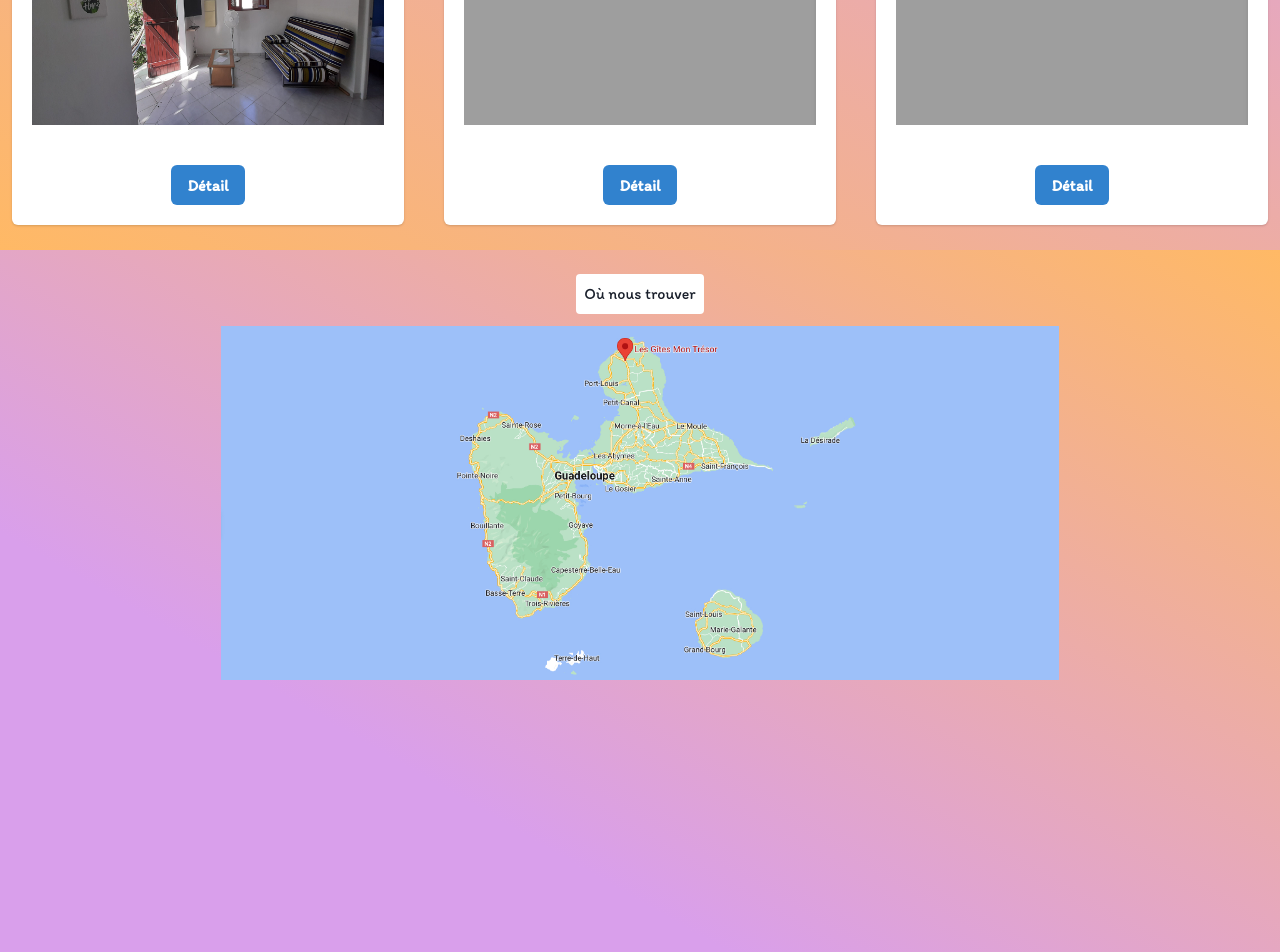
Repository: All-Khwarizmi/gites-v2
Page: /
The author's editor kept a copy of each file at every save. The page is drawn from the files as they stood at one save, then again after a run of saves.
The browser window is 1280 px wide. The pictures show the part of the page from y = 1190 to 2142 px (the page is 2160 px tall).
Pictures or frames that could not be fetched are drawn as grey boxes. The project was rebuilt for these pictures with package versions that can differ from the ones it lists, and the page was loaded fresh each time. The framework's server and built-in components were replaced by stand-ins that run in the browser. Also part of the build but not shown: next.config.js, next.config.mjs.

Above is the page before, as saved 2023-02-03 19:14:54.

### src/pages/_app.tsx
import { type AppType } from "next/dist/shared/lib/utils";
import { ChakraProvider } from "@chakra-ui/react";
import Layout from "../components/Layout";
import { Itim } from "@next/font/google";
import Navbar from "../components/Navbar";

import "../styles/globals.css";
import Head from "next/head";

const inter = Itim({ weight: "400", subsets: ["latin"] });

const MyApp: AppType = ({ Component, pageProps }) => {
  return (
    <ChakraProvider>
      <Head>
        <title>Gîtes Mon Tresor</title>
        <meta
          name="viewport"
          /* content="width=device-width, initial-scale=1.0, maximum-scale=1.0,user-scalable=0" */
          content="viewport-fit=cover"
        />
        <meta name="title" content="Gîtes Mon Tresor" />

        <meta
          name="description"
          content="Gîtes accueillants et chaleureux en Guadeloupe, Anse Bertrand. Venez en famille ou en amoureux profiter des plaisirs qu'offre l'île. "
        />
        <meta property="og:image" content="/IMG_0318.JPG" key="ogimage" />
      </Head>

      <main className={inter.className}>
        <Component {...pageProps} />
      </main>
    </ChakraProvider>
  );
};

export default MyApp;

### src/pages/index.tsx
import { type NextPage } from "next";
import Head from "next/head";
import Link from "next/link";
import Test from "./Test";
import styles from '../styles/Home.module.scss'

const Home: NextPage = () => {
  return (
    <>
      <Test />
    </>
  );
};

export default Home;

### src/styles/globals.css
@tailwind base;
@tailwind components;
@tailwind utilities;

:root {
  --colorOne: #ffb965;
  --colorTwo: #d99feb;
  --color3: #ffbf5b;
  --color4: #31b7cf;
}
* {
  margin: 0;
  padding: 0;
}
body {
  width: 100vw;
  height: 100vh;
  box-sizing: border-box;
}

.test {
  width: 100%;
}

#myVideo {
  object-fit: cover;

  min-height: 100vh;
  position: relative;
  z-index: -1;
  bottom: 0;
  right: 0;
}

.section {
  background-image: linear-gradient(
    27deg,
    var(--colorOne) 0%,
    var(--colorTwo) 100%
  );
  margin-top: 0;
  position: relative;
}
.section-2 {
  background-image: linear-gradient(
    30deg,
   var(--colorTwo) 30%,
    var(--colorOne) 100%
  );
  margin-top: 0;
  position: relative;
}


.card-1 {
  background-color: inherit;
  padding: 3rem;
  width: 100%;
}
.nav {
  position: fixed;
  z-index: 5;


}

### src/pages/Test.tsx
import { AppType } from "next/app";
import {
  Card,
  CardHeader,
  ButtonGroup,
  Button,
  CardBody,
  CardFooter,
  Stack,
  Image,
  Heading,
  Text,
  Divider,
  Flex,
} from "@chakra-ui/react";
import Carousel from "../components/Carousel";
import { Component, useEffect, useRef, useState } from "react";
import Localisation from "../components/Localisation";
import Navbar from "../components/Navbar";

const Test = () => {
  const divPosition: any = useRef(null);


  const slidesPalmier = [
    {
      img: "/Gite Palmier/1.jpg",
    },
    {
      img: "/Gite Palmier/2.jpg",
    },
    {
      img: "/Gite Palmier/3.jpg",
    },
    {
      img: "/Gite Palmier/4.jpg",
    },
    {
      img: "/Gite Palmier/5.jpg",
    },
    {
      img: "/Gite Palmier/6.jpg",
    },
    {
      img: "/Gite Palmier/7.jpg",
    },
    {
      img: "/Gite Palmier/9087556.jpg",
    },
  ];
  const slidesAnanas = [
    {
      img: "/Gite Ananas/1.jpg",
    },
    {
      img: "/Gite Ananas/2.jpg",
    },
    {
      img: "/Gite Ananas/3.jpg",
    },
    {
      img: "/Gite Ananas/4.jpg",
    },
    {
      img: "/Gite Ananas/5.jpg",
    },
    {
      img: "/Gite Ananas/6.jpg",
    },
    {
      img: "/Gite Ananas/20191231_100325.jpg",
    },
    {
      img: "/Gite Ananas/20200325_100606.jpg",
    },
  ];
  const slidesKawan = [
    {
      img: "/Gite Kawan/1.jpg",
    },
    {
      img: "/Gite Kawan/2.jpg",
    },
    {
      img: "/Gite Kawan/3.jpg",
    },
    {
      img: "/Gite Kawan/4.jpg",
    },

    {
      img: "/Gite Kawan/6.jpg",
    },
    {
      img: "/Gite Kawan/7.jpg",
    },
    {
      img: "/Gite Kawan/8.jpg",
    },
    {
      img: "/Gite Kawan/9.jpg",
    },
    {
      img: "/Gite Kawan/10.jpg",
    },
    {
      img: "/Gite Kawan/11.jpg",
    },
    {
      img: "/Gite Kawan/12.jpg",
    },
    {
      img: "/Gite Kawan/13.jpg",
    },
    {
      img: "/Gite Kawan/14.jpg",
    },
    {
      img: "/Gite Kawan/15.jpg",
    },
  ];

  return (
    <>
      <main>
        <Navbar position={divPosition} />
        <div className="test">
          <section className="test">
            <video
              autoPlay
              playsInline
              muted
              loop
              id="myVideo"
              poster="/Gite Kawan/1.jpg"
            >
              <source src={"/Mon film.mp4"} type="video/mp4" />
            </video>
          </section>
          <div className="section h-screen">
            <section ref={divPosition} className="section h-full">
              <div className="card-1 flex-column flex justify-center">
                <Card maxW={"900px"}>
                  <Heading className="flex-column flex justify-center p-2">
                    <p> Bienvenue en Guadeloupe !</p>
                  </Heading>
                  <CardBody>
                    <Text className="welcome-text">
                      Pour des vacances au soleil, sur des plages de sable blanc
                      ou de belles balades dans une verdure luxuriante : les
                      Gîtes Mon Trésor vous assurent un dépaysement total. Loin
                      des grandes structures touristiques, dans un jardin calme
                      et ventilé avec piscine sécurisée, Catherine et Laurent,
                      originaires de Normandie, vous accueillent toute l’année
                      dans leurs gîtes situés sur la commune d'ANSE-BERTRAND, à
                      3 km des plages et de tous commerces. Nous avons l'énorme
                      chance de n'avoir jamais de sargasses sur nos plages les
                      plus proches. Bonne visite !
                    </Text>
                  </CardBody>
                </Card>
              </div>

              <div className="grid  grid-flow-row justify-center gap-4 md:grid-flow-col ">
                <Card maxW="lg" m={3}>
                  <Stack mt="6" spacing="3">
                    <Heading textAlign={"center"} size="md">
                      Gîte Palmier
                    </Heading>
                  </Stack>
                  <CardBody>
                    <Carousel slides={slidesPalmier} />
                  </CardBody>
                  <Flex align="center" justify="center">
                    <CardFooter>
                      <Button variant="solid" colorScheme="blue">
                        Détail
                      </Button>
                    </CardFooter>
                  </Flex>
                </Card>
                <Card maxW="lg" m={3}>
                  <Stack mt="6" spacing="3">
                    <Heading textAlign={"center"} size="md">
                      Gîte Ananas
                    </Heading>
                  </Stack>
                  <CardBody>
                    <Carousel slides={slidesAnanas} />
                  </CardBody>
                  <Flex align="center" justify="center">
                    <CardFooter>
                      <Button variant="solid" colorScheme="blue">
                        Détail
                      </Button>
                    </CardFooter>
                  </Flex>
                </Card>
                <Card maxW="lg" m={3}>
                  <Stack mt="6" spacing="3">
                    <Heading textAlign={"center"} size="md">
                      Gîte Kawan
                    </Heading>
                  </Stack>
                  <CardBody>
                    <Carousel slides={slidesKawan} />
                  </CardBody>
                  <Flex align="center" justify="center">
                    <CardFooter>
                      <Button variant="solid" colorScheme="blue">
                        Détail
                      </Button>
                    </CardFooter>
                  </Flex>
                </Card>
              </div>


            </section>
          </div>
          <div className="h-screen section-2">
            <Localisation />
          </div>
        </div>
      </main>
    </>
  );
};

export default Test;

### src/components/Carousel.tsx
import React from 'react'
import { useEffect, useState } from 'react';
import { Flex, Box, Text, Image } from '@chakra-ui/react';

const Carousel = ({slides}: any) => {

  const slides1 = [
    {
      img: "/Gîte Palmier/1.jpg",
    },
    {
      img: "/Gîte Palmier/2.jpg",
    },
    {
      img: "/Gîte Palmier/3.jpg",
    },
    {
      img: "/Gîte Palmier/4.jpg",
    },
    {
      img: "/Gîte Palmier/5.jpg",
    },
    {
      img: "/Gîte Palmier/6.jpg",
    },
    {
      img: "/Gîte Palmier/7.jpg",
    },
    {
      img: "/Gîte Palmier/9087556.jpg",
    },

  ];
  const [currentSlide, setCurrentSlide] = useState(0);
  const slidesCount = slides.length;
  const carouselStyle = {
    transition: "all .5s",
    ml: `-${currentSlide * 100}%`,
  };
  const SLIDES_INTERVAL_TIME = 3000;
  const ANIMATION_DIRECTION = "right";
  useEffect(() => {
    const prevSlide = () => {
      setCurrentSlide((s) => (s === 0 ? slidesCount - 1 : s - 1));
    };

    const nextSlide = () => {
      setCurrentSlide((s) => (s === slidesCount - 1 ? 0 : s + 1));
 };

    const automatedSlide = setInterval(() => {
      ANIMATION_DIRECTION.toLowerCase() === "left" ? prevSlide() : nextSlide();
    }, SLIDES_INTERVAL_TIME);
    return () => clearInterval(automatedSlide);
  }, [slidesCount]);
  return (
    <Flex
      w="full"
      bg="#edf3f8"
      _dark={{
        bg: "#3e3e3e",
      }}

      alignItems="center"
      justifyContent="center"
    >
      <Flex w="full" overflow="hidden">
        <Flex pos="relative" h="200px" w="full" {...carouselStyle}>
          {slides.map((slide: any, sid: any) => (
            <Box key={`slide-${sid}`} flex="none" boxSize="full" shadow="md">
              <Text
                color="white"
                fontSize="xs"
                p="8px 12px"
                pos="absolute"
                top="0"
                whiteSpace="nowrap"
              >
                {sid + 1} / {slidesCount}
              </Text>
              <Image
                src={slide.img}
                alt="carousel image"
                boxSize="full"
                backgroundSize="cover"
              />
            </Box>
          ))}
        </Flex>
      </Flex>
    </Flex>
  );
};



export default Carousel

### src/components/Localisation.tsx
import React from "react";
import Link from "next/link";

const Localisation = () => {
  const coordinates: string =
    "Les+Gîtes+Mon+Trésor/@16.4645544,-61.4825254,17z";
  const baseUrl: string =
    "https://www.google.com/maps/search/?api=1&query=Les+Gîtes+Mon+Trésor+Anse+Bertrand/";
  return (
    <>
      <div className="location align-center flex items-center justify-center p-3"></div>
      <div className="section-location flex  justify-center">
        <p className="text-extra-bold w-30 rounded bg-white p-2">
          Où nous trouver
        </p>
      </div>

      <div className="location p-3">
        <a
          className="align-center flex items-center justify-center"
          target="_blank"
          href={baseUrl}
        >
          <img
            className="w-2/3"
            src="./IMG_0537.JPG"
            alt="carte de la Guadeloupe"
          />
        </a>
      </div>
    </>
  );
};

export default Localisation;

### src/components/Navbar.tsx
import { useEffect, useState, useRef } from "react";

function NavLink({ to, children }: any) {
  return (
    <a href={to} className={`mx-4`}>
      {children}
    </a>
  );
}

function MobileNav({ open, setOpen }: any) {
  return (
    <div
      className={`absolute top-0 left-0 h-screen w-screen transform bg-white ${
        open ? "-translate-x-0" : "-translate-x-full"
      } drop-shadow-md filter transition-transform duration-300 ease-in-out `}
    >
      <div className="flex h-20 items-center justify-center bg-white drop-shadow-md filter">
        {" "}
        {/*logo container*/}
        <a className="text-2xl font-semibold" href="/">
          <img
            className="w-24 hover:w-32"
            src="/IMG_0318.JPG"
            alt="Gîtes Mon Tresor Logo"
          />
        </a>
      </div>
      <div className="ml-4 flex flex-col">
        <a
          className="my-4 text-xl font-medium"
          href="#"
          onClick={() =>
            setTimeout(() => {
              setOpen(!open);
            }, 100)
          }
        >
          Accueil
        </a>
        <a
          className="my-4 text-xl font-normal"
          href="#"
          onClick={() =>
            setTimeout(() => {
              setOpen(!open);
            }, 100)
          }
        >
          Gîtes
        </a>
        <a
          className="my-4 text-xl font-normal"
          href="#"
          onClick={() =>
            setTimeout(() => {
              setOpen(!open);
            }, 100)
          }
        >
          Localisation
        </a>
        <a
          className="my-4 text-xl font-normal"
          href="#"
          onClick={() =>
            setTimeout(() => {
              setOpen(!open);
            }, 100)
          }
        >
          Tarifs
        </a>
        <a
          className="my-4 text-xl font-normal"
          href="#"
          onClick={() =>
            setTimeout(() => {
              setOpen(!open);
            }, 100)
          }
        >
          Contact
        </a>
        <a
          className="my-4 text-xl font-normal"
          href="#"
          onClick={() =>
            setTimeout(() => {
              setOpen(!open);
            }, 100)
          }
        >
          Partenariats
        </a>
      </div>
    </div>
  );
}

export default function Navbar({ position }: any) {
  const [open, setOpen] = useState(false);
  const [color, setColor] = useState(" ");
  const [colorFont, setColorFont] = useState(" ");
  const [offset, setOffset] = useState(0);


  useEffect(() => {
    const onScroll = () => setOffset(window.pageYOffset);
    // clean up code
    window.removeEventListener("scroll", onScroll);
    window.addEventListener("scroll", onScroll, { passive: true });
    if (position?.current?.getBoundingClientRect().top < 80) {
      setColor("bg-white");
      setColorFont("text-black");
    } else {
      setColor(" ");
      setColorFont("text-white");
    }
    return () => window.removeEventListener("scroll", onScroll);
  }, [offset]);

  const style = { backgroundColor: color, color: colorFont };
  return (
    <nav
      className={`nav flex h-20 w-full items-center gap-4 ${style.backgroundColor}  px-4 py-4 drop-shadow-md filter`}
    >
      <MobileNav open={open} setOpen={setOpen} />
      <div className="flex w-3/12 items-center">
        <a className="text-2xl font-semibold" href="/">
          <img
            className="w-24 hover:w-32"
            src="/IMG_0318.JPG"
            alt="Gîtes Mon Tresor Logo"
          />
        </a>
      </div>
      <div className="flex w-9/12 items-center justify-end">
        <div
          className="relative z-50 flex h-8 w-8 flex-col items-center justify-between md:hidden"
          onClick={() => {
            setOpen(!open);
          }}
        >
          {/* hamburger button */}
          <span
            className={`h-1 w-full transform rounded-lg bg-black transition duration-300 ease-in-out ${
              open ? "translate-y-3.5 rotate-45" : ""
            }`}
          />
          <span
            className={`h-1 w-full rounded-lg bg-black transition-all duration-300 ease-in-out ${
              open ? "w-0" : "w-full"
            }`}
          />
          <span
            className={`h-1 w-full transform rounded-lg bg-black transition duration-300 ease-in-out ${
              open ? "-translate-y-3.5 -rotate-45" : ""
            }`}
          />
        </div>

        <div className="hidden md:flex">
          <ul className="flex justify-items-center gap-x-3">
            <li className="mr-6">
              <a
                className={` flex-initial text-2xl ${style.color} text-justify   hover:underline`}
                href="#"
              >
                Accueil
              </a>
            </li>
            <li className="mr-6">
              <a
                className={` flex-initial text-2xl ${style.color} text-justify   hover:underline`}
                href="#"
              >
                Gîtes
              </a>
            </li>
            <li className="mr-6">
              <a
                className={` flex-initial text-2xl ${style.color} text-justify   hover:underline`}
                href="#"
              >
                Localisation
              </a>
            </li>
            <li className="mr-6">
              <a
                className={` flex-initial text-2xl ${style.color} text-justify   hover:underline`}
                href="#"
              >
                Tarifs
              </a>
            </li>
            <li className="mr-6">
              <a
                className={` flex-initial text-2xl ${style.color} text-justify   hover:underline`}
                href="#"
              >
                Contact
              </a>
            </li>
            <li className="mr-6">
              <a
                className={` flex-initial text-2xl ${style.color} text-justify   hover:underline`}
                href="#"
              >
                Partenariats
              </a>
            </li>
          </ul>
        </div>
      </div>
    </nav>
  );
}

Loaded but not shown: tailwind.config.cjs (common file)

After the next 4 saves:
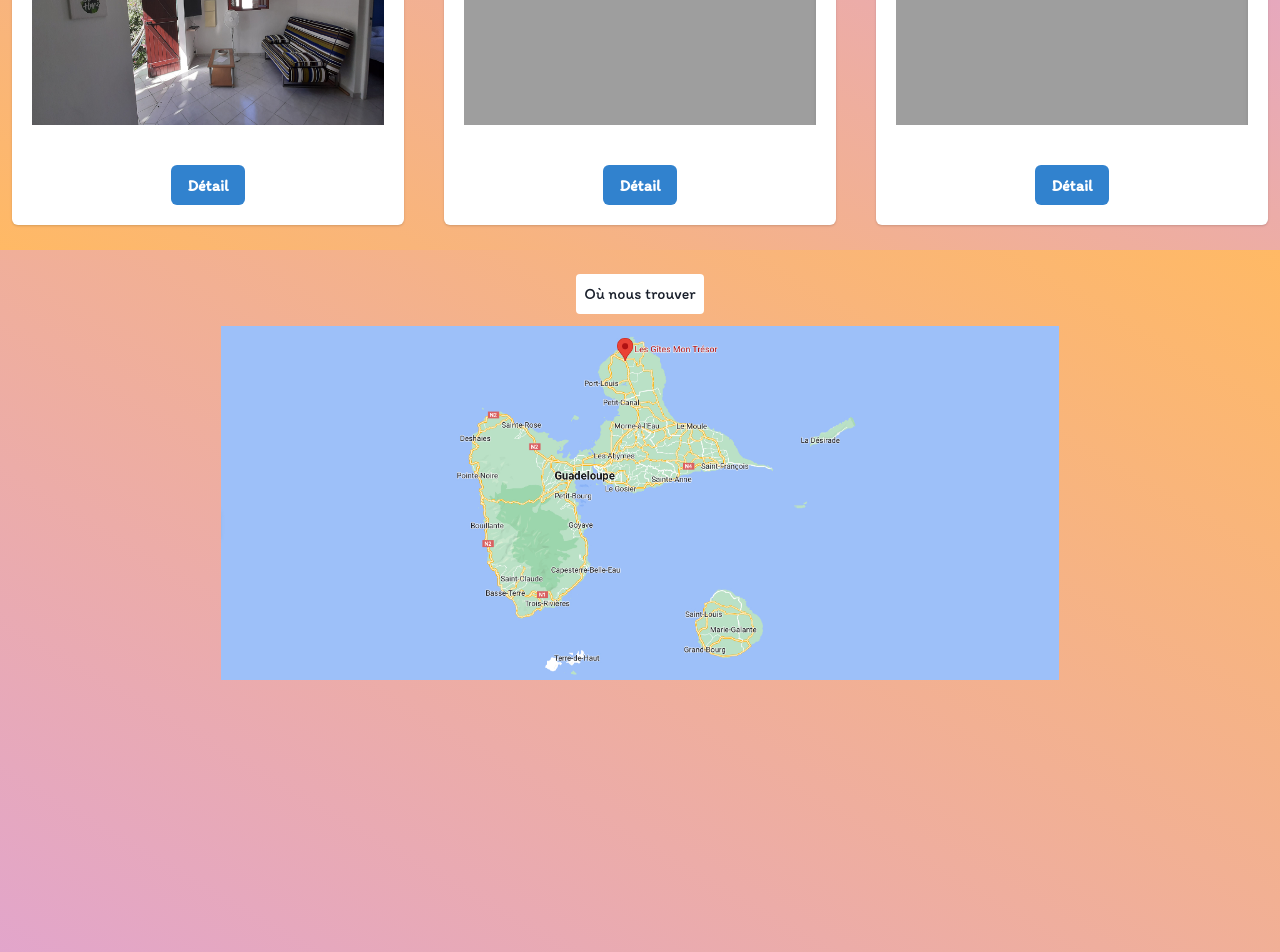
The 4 saves are shown as one change because they came seconds apart.
The last was saved 11 s later.
--- a/src/styles/globals.css
+++ b/src/styles/globals.css
@@ -44,7 +44,7 @@ body {
 .section-2 {
   background-image: linear-gradient(
     30deg,
-   var(--colorTwo) 30%,
+   var(--colorTwo) -30%,
     var(--colorOne) 100%
   );
   margin-top: 0;
